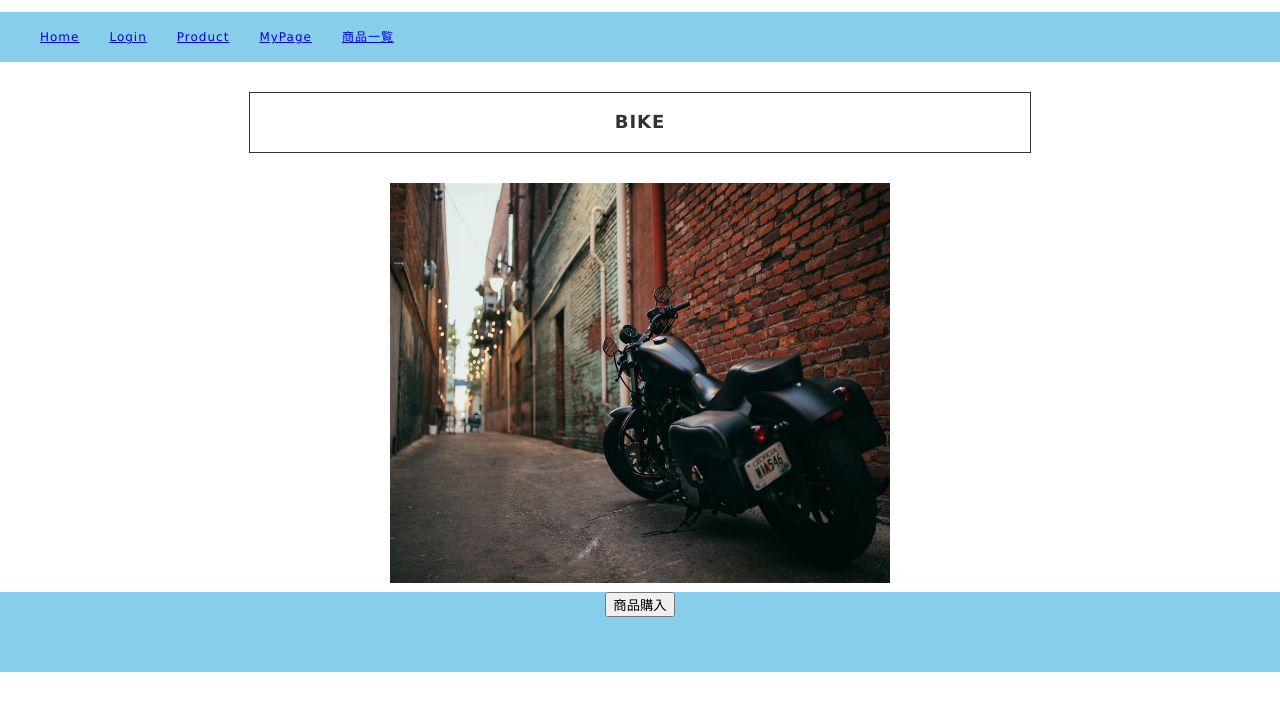
Repository: RYOYAEGAWA/test
Page: http://localhost/ecsite_a/
The author's editor kept a copy of each file at every save. The page is drawn from the files as they stood at one save, then again after the next save.
The browser window is 1280 px wide. The pictures show the whole page.
The page is served by Tomcat 9. Other server files are loaded and not shown.

Above is the page before, as saved 2018-05-19 14:45:14.

### java/Eclipse_Data/ecsite_a/WebContent/home.jsp
<%@ page language="java" contentType="text/html; charset=UTF-8" pageEncoding="UTF-8"%>
<%@ taglib prefix="s" uri="/struts-tags" %>

<!DOCTYPE html>
<html>
<head>
		<meta http-equiv="Content-Type" content="text/html; charset=utf-8"/>
		<meta http-equiv="Content-Style-Type" content="text/css" />
		<meta http-equiv="Content-Script-Type" content="text/javascript" />
		<meta http-equiv="imagetoolbar" content="no" />
		<meta name="description" content="" />
		<meta name="keywords" content="" />
		<title>Home画面</title>

		<style type="text/css">
			body {
			margin:0;
			padding:0;
			line-height:1.6;
			letter-spacing:1px;
			font-family:Verdana, Helvetica, sans-serif;
			font-size:12px;
			color:#333;
			background:#fff;
			}

			table {
			text-align:center;
			margin:0 auto;
			}

			#top {
			width:780px;
			margin:30px auto;
			border:1px solid #333;
			}

			/* #header {
			width:100%;
			height:80px;
			background-color:black;
			} */

			#main {
			width:100%;
			height:500px;
			text-align:center;
			}

			#footer {
			width:100%;
			height:80px;
			background-color:skyblue;
			clear:both;
			}
			#text-center {
			display: inline-block;
			text-align: center;
			}

			/* .HomeImage{
			 display:block;
			 margin:0 auto;
			 height:10px;
			 width:10px;
			 float:left; */
			/* margin-top:0px; */
			/* margin-bottom:0px; */
			/* z-index:5; */
			/* align:middle; */

			}

		</style>

</head>
<body>
<s:include value="Header.jsp"></s:include>
		<!-- <div id="header">
			<div id ="pr">
			</div>
		</div> -->
		<div id="main">

			<div id="top">
				<h2>BIKE</h2>
			</div>

			<div class="HomeImage">
			<div><img src="./image/Top_Bike.jpg"  height=400px width=500px></div>
			</div>


			<div id="text-center">
				<s:form action="HomeAction">
						<s:submit value="商品購入"/>
				</s:form>
				<s:if test="#session.id != null">
						<p>ログアウトする場合は
								<a href= '<s:url action="LogoutAction" />'>こちら</a></p>
				</s:if>
				</div>
			</div>


			<div id="footer">
					<div id="pr">
					</div>
			</div>

</body>
</html>

### java/Eclipse_Data/ecsite_a/WebContent/Header.jsp
<%@ page language="java" contentType="text/html; charset=UTF-8" pageEncoding="UTF-8"%>
<%@ taglib prefix="s" uri="/struts-tags" %>

<!DOCTYPE html>
<html>
<head>
		<meta http-equiv="Content-Type" content="text/html; charset=utf-8"/>
		<meta http-equiv="Content-Style-Type" content="text/css" />
		<meta http-equiv="Content-Script-Type" content="text/javascript" />
		<meta http-equiv="imagetoolbar" content="no" />
		<meta name="description" content="" />
		<meta name="keywords" content="" />
		<title>header表示</title>

		<style type="text/css">
		.contents {
		height:50px;
		width:100%;
		background-color:skyblue;
		line-height:30px;
		}

		li{
		float:left;
		list-style:none;
		color:black;
		padding-right:30px;
		padding-top:10px;


		}

		</style>
</head>
<body>

<!-- ヘッダーのメニュー内容 -->
<header>
	<div class="contents">
		<ul>
			<li><a href='<s:url action="GoHomeAction"/>'>Home</a></li>
			<li><a href='<s:url action="HomeAction"/>'>Login</a></li>
			<li><a href='<s:url action=""/>'>Product</a></li>
			<li><a href='<s:url action="MyPageAction"/>'>MyPage</a></li>
			<li><a href='<s:url action=""/>'>商品一覧</a></li>
		</ul>
	</div>
</header>





</body>
</html>

After the next save:
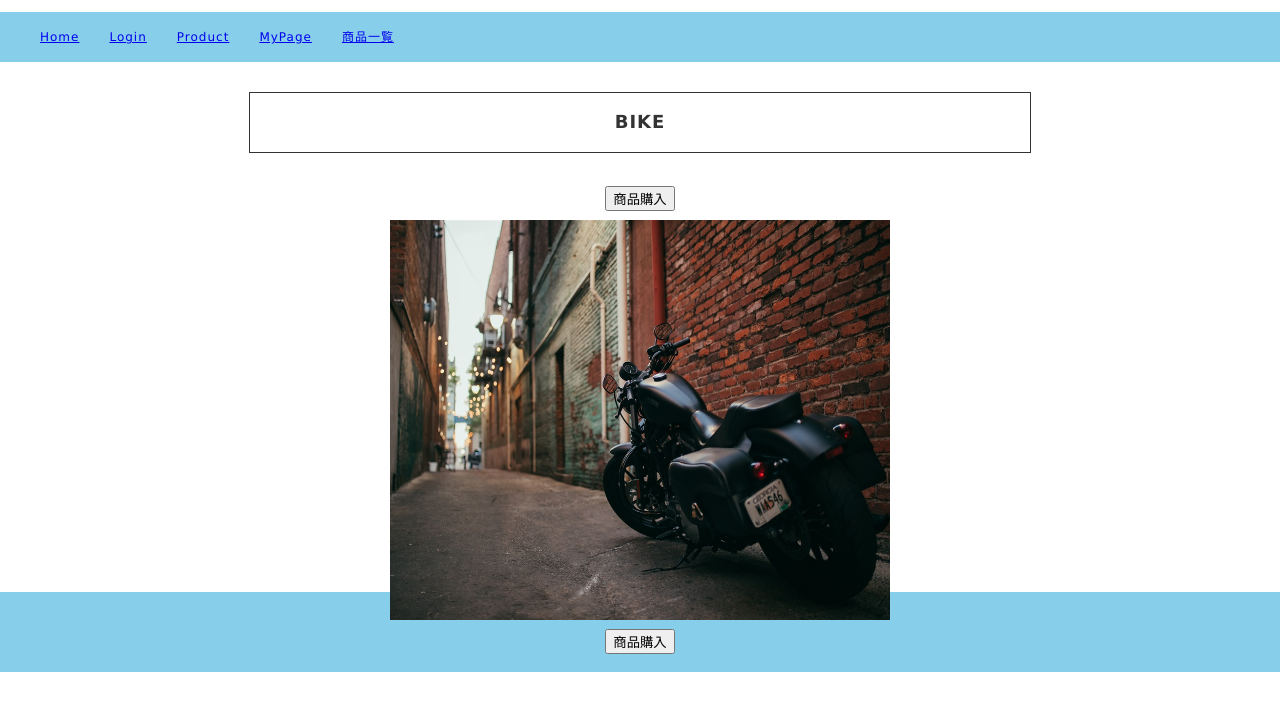
Saved 63 s later.
--- a/java/Eclipse_Data/ecsite_a/WebContent/home.jsp
+++ b/java/Eclipse_Data/ecsite_a/WebContent/home.jsp
@@ -85,6 +85,15 @@
 			<div id="top">
 				<h2>BIKE</h2>
 			</div>
+			<div id="text-center">
+				<s:form action="HomeAction">
+						<s:submit value="商品購入"/>
+				</s:form>
+				<s:if test="#session.id != null">
+						<p>ログアウトする場合は
+								<a href= '<s:url action="LogoutAction" />'>こちら</a></p>
+				</s:if>
+				</div>
 
 			<div class="HomeImage">
 			<div><img src="./image/Top_Bike.jpg"  height=400px width=500px></div>

After the save that followed:
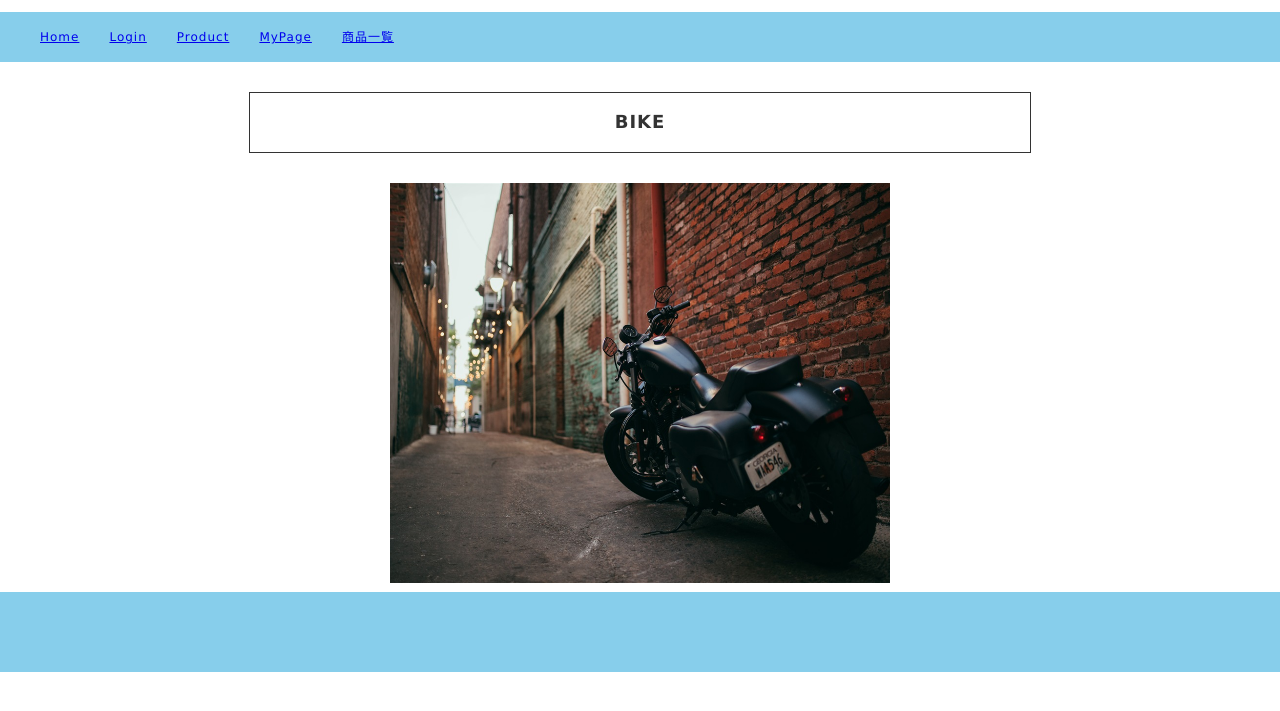
Saved 107 s later.
--- a/java/Eclipse_Data/ecsite_a/WebContent/home.jsp
+++ b/java/Eclipse_Data/ecsite_a/WebContent/home.jsp
@@ -85,7 +85,7 @@
 			<div id="top">
 				<h2>BIKE</h2>
 			</div>
-			<div id="text-center">
+			<%-- <div id="text-center">
 				<s:form action="HomeAction">
 						<s:submit value="商品購入"/>
 				</s:form>
@@ -93,22 +93,15 @@
 						<p>ログアウトする場合は
 								<a href= '<s:url action="LogoutAction" />'>こちら</a></p>
 				</s:if>
-				</div>
+				</div> --%>
 
+                         <!-- 画像挿入 -->
 			<div class="HomeImage">
 			<div><img src="./image/Top_Bike.jpg"  height=400px width=500px></div>
 			</div>
 
 
-			<div id="text-center">
-				<s:form action="HomeAction">
-						<s:submit value="商品購入"/>
-				</s:form>
-				<s:if test="#session.id != null">
-						<p>ログアウトする場合は
-								<a href= '<s:url action="LogoutAction" />'>こちら</a></p>
-				</s:if>
-				</div>
+
 			</div>
 
 
